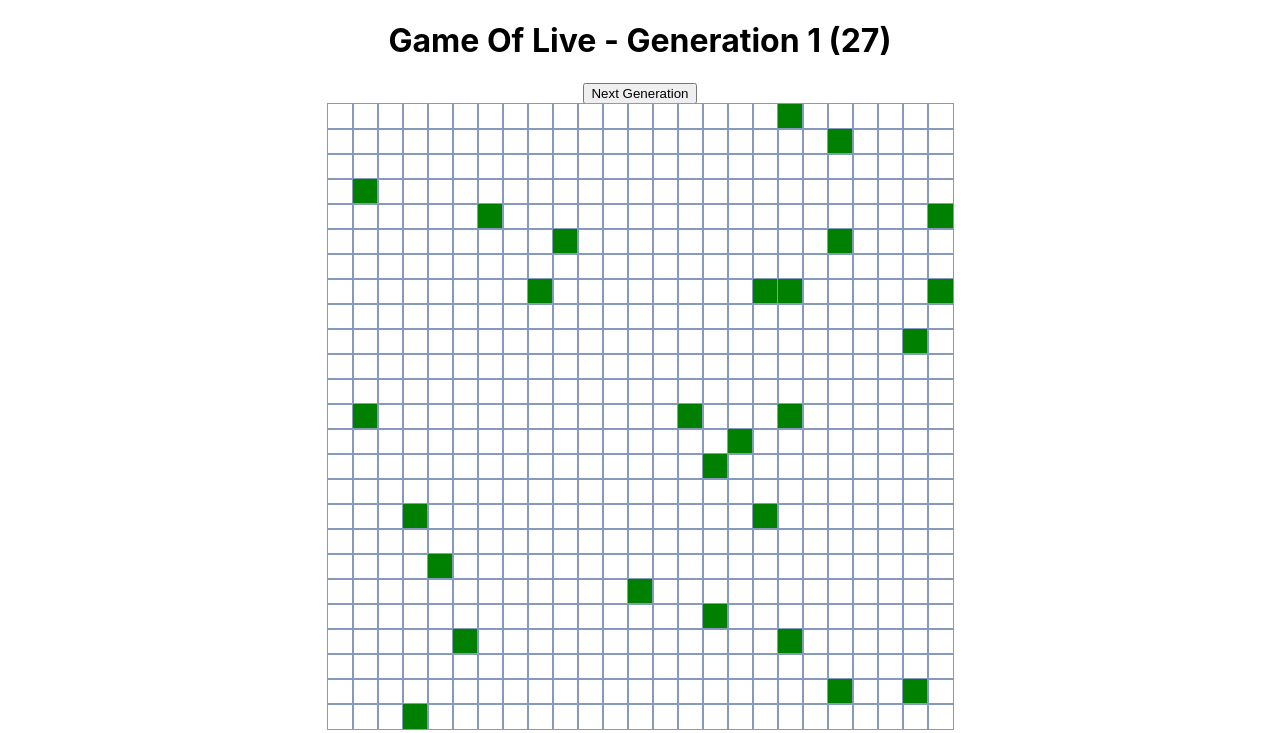
Repository: cfaguilera20/gol
Page: /
An editor plug-in stored every save of this project. The page is shown before and after the next save, followed by the edit.
The browser window is 1280 px wide. The pictures show the whole page.
The project was rebuilt for these pictures with package versions that can differ from the ones it lists, and the page was loaded fresh each time.

Above is the page before, as saved 2021-07-25 13:38:54.

### src/App.js
import './App.css';

import Board from './components/Board.jsx';

function App() {
    return (
        <div className="App">
            <Board />
        </div>
    );
}

export default App;

### src/components/Board.jsx
import React, { useState } from 'react';
import './Board.css';

const WORLD_SIZE = 25;
const WORLD_POPULATION = 0.25;

const Board = (props) => {
    const [world, setWorld] = useState(
        createWorld(WORLD_SIZE, WORLD_POPULATION)
    );
    const [generation, setGeneration] = useState(1);

    const onNextGeneration = () => {
        setGeneration(generation + 1);
        world.nextGeneration();
    };

    return (
        <>
            <h1>
                Game Of Live - Generation {generation} (
                {world.currentPopulation})
            </h1>
            <button onClick={onNextGeneration}>Next Generation</button>
            <div className="world">
                {world.board.map((row, rowIdx) => (
                    <div key={rowIdx} className="row">
                        {row.map((isAlive, cellIdx) => {
                            const className = isAlive
                                ? 'cell cell-green'
                                : 'cell';
                            return (
                                <div key={cellIdx} className={className}></div>
                            );
                        })}
                    </div>
                ))}
            </div>
        </>
    );
};

class World {
    constructor(size, population) {
        this.size = size;
        this.population = population;
        this.currentPopulation = 0;
        this.board = [];
        this.createBoard();
    }

    createBoard() {
        for (let y = 0; y < this.size; y++) {
            this.board[y] = [];
            for (let x = 0; x < this.size; x++) {
                const isAlive = Math.random() > 0.95 ? true : false;
                this.board[y][x] = isAlive;
                this.currentPopulation += isAlive ? 1 : 0;
            }
        }
    }

    getNeighbors(x, y) {
        const neighbors = [];
        const neighborsIdx = [
            [1, 0],
            [-1, 0],
            [0, 1],
            [0, -1],
            [1, 1],
            [1, -1],
            [-1, 1],
            [-1, -1],
        ];
        neighborsIdx.forEach(([dx, dy]) => {
            const [nx, ny] = [x + dx, y + dy];
            if (nx >= 0 && nx < this.size && ny >= 0 && ny < this.size) {
                neighbors.push(this.board[ny][nx]);
            }
        });
        return neighbors;
    }

    getNeighborsAlive(x, y) {
        return this.getNeighbors(x, y).filter((isAlive) => isAlive === true);
    }

    getNeighborsAliveCounter(x, y) {
        return this.getNeighborsAlive(x, y).length;
    }

    nextGeneration() {
        const nextBoard = [];
        for (let y = 0; y < this.size; y++) {
            nextBoard[y] = [];
            for (let x = 0; x < this.size; x++) {
                const isAlive = this.board[y][x];
                const nextIsAlive = this.getNeighborsAliveCounter(x, y) > 2;
                nextBoard[y][x] = nextIsAlive;
                this.currentPopulation += nextIsAlive - isAlive;
            }
        }

        this.board = nextBoard;
        return this;
    }
}

const createWorld = (WORLD_SIZE, WORLD_POPULATION) => {
    const board = new World(WORLD_SIZE, WORLD_POPULATION);
    return board;
};

export default Board;

### src/components/Board.css
.row {
    height: 25px;
}

.cell {
    width: 25px;
    height: 25px;
    outline: 1px solid rgb(134, 154, 189);
    display: inline-block;
}

.cell-green {
    background-color: green;
}

.cell-red {
    background-color: red;
}

.cell-purple {
    background-color: purple;
}

Loaded but not shown: public/index.html (common file); src/index.js (common file); src/index.css (common file); src/reportWebVitals.js (common file); src/App.css (common file)

After the next save:
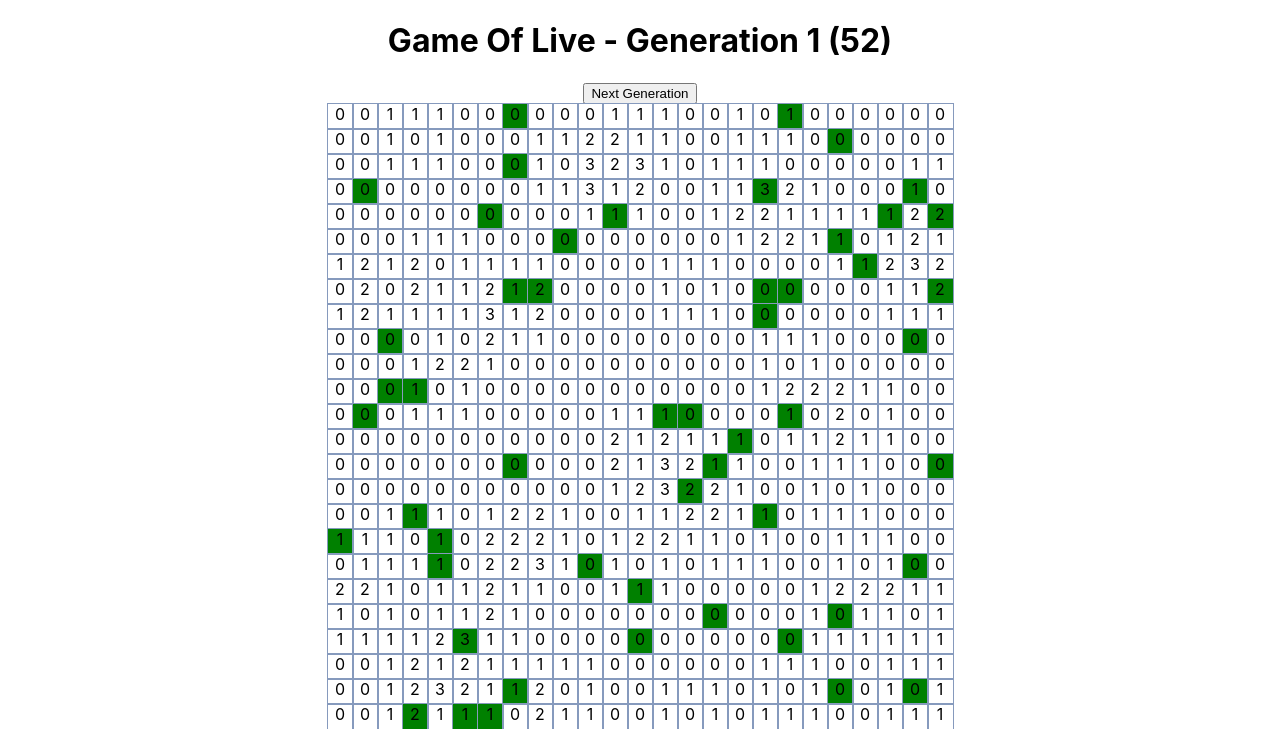
Saved 64 s later.
--- a/src/components/Board.jsx
+++ b/src/components/Board.jsx
@@ -29,8 +29,12 @@ const Board = (props) => {
                             const className = isAlive
                                 ? 'cell cell-green'
                                 : 'cell';
+                            const neighborsAlive =
+                                world.getNeighborsAliveCounter(rowIdx, cellIdx);
                             return (
-                                <div key={cellIdx} className={className}></div>
+                                <div key={cellIdx} className={className}>
+                                    {neighborsAlive}
+                                </div>
                             );
                         })}
                     </div>
@@ -53,7 +57,7 @@ class World {
         for (let y = 0; y < this.size; y++) {
             this.board[y] = [];
             for (let x = 0; x < this.size; x++) {
-                const isAlive = Math.random() > 0.95 ? true : false;
+                const isAlive = Math.random() > 0.9 ? true : false;
                 this.board[y][x] = isAlive;
                 this.currentPopulation += isAlive ? 1 : 0;
             }
